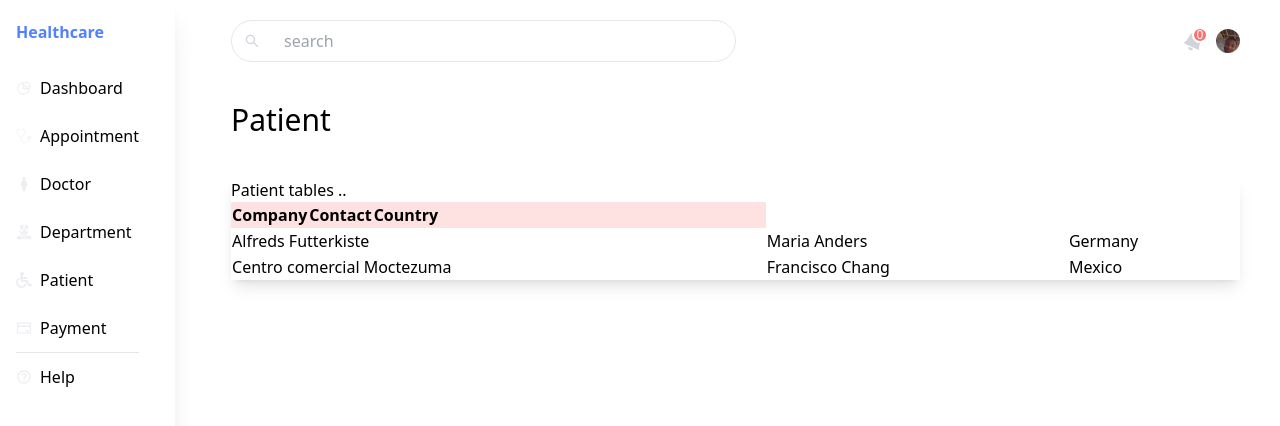
Repository: hisreal123/healthcare-dashboard
Page: /patient
An editor plug-in stored every save of this project. The page is shown before and after a run of saves, followed by the edit.
The browser window is 1280 px wide. The pictures show the whole page.
The project was rebuilt for these pictures with package versions that can differ from the ones it lists, and the page was loaded fresh each time. Also part of the build but not shown: vite.config.ts, src/routes/Error.tsx, src/views/Dashboard.tsx, components/tables/AppointementTable.tsx, src/views/Appointment.tsx, src/views/Doctor.tsx, src/views/Department.tsx, src/views/Payment.tsx and 1 more.

Above is the page before, as saved 2023-05-05 19:02:20.

### src/main.tsx
import React from 'react'
import ReactDOM from 'react-dom/client'
import App from './App.tsx'
import './index.css'


ReactDOM.createRoot(document.getElementById('root') as HTMLElement).render(
  <React.StrictMode>
    <App />
  </React.StrictMode>,
)

### src/App.tsx
import React from "react"
import {
  createBrowserRouter,
  RouterProvider,
} from "react-router-dom";
import Navigation from "../components/Navigation";
import Error from "./routes/Error";
import Dashboard from "./views/Dashboard";
import Appointment from "./views/Appointment";
import Doctor from "./views/Doctor";
import Department from "./views/Department";
import Patient from "./views/Patient";
import Payment from "./views/Payment";
import Help from "./views/Help";
import { Provider } from "react-redux";
import store from '../redux/store';

const router = createBrowserRouter([
  {
    path: "/",
    element: <Navigation />,
    errorElement: <Error />,

    children: [
      {
        path: "/dashboard",
        element: <Dashboard />,
      },
      {
        path: "/appointment",
        element: <Appointment />,
      },
      {
        path: "/doctor",
        element: <Doctor />,
      },
      {
        path: "/department",
        element: <Department />,
      },
      {
        path: "/patient",
        element: <Patient />,
      },
      {
        path: "/payment",
        element: <Payment />,
      },
      {
        path: "/help",
        element: <Help />,
      },
    ]

  }
]);



function App() {
  return (
    <Provider store={store}>
      <RouterProvider router={router} />
    </Provider>
  )
}

export default App

### components/Navigation.tsx
import { Outlet } from "react-router-dom";
import { list } from "../src/data/Links";

export default function Navigation() {

    return (
        <>
            <section className="flex space-x-4">
                <div id="sidebar" className="  h-screen shadow-xl group">
                    <div className="px-4 ">

                        {/* logo */}
                        <div >
                            <h1 className="py-5 text-[#5282FB] font-bold">Healthcare</h1>
                        </div>

                        {/* nav */}
                        <nav className="relative pr-5 ">
                            <ul className="relative">
                                {list.map((list, index) => {
                                    return (
                                        <li key={index} className="flex space-x-2 items-center py-3 last:border-t ">
                                            <span className="text-gray-200/70 text-md ">{list.icon}</span>
                                            <a href={`./${list.link}`} className="focus:text-[#5282FB] ">{list.name}</a>
                                        </li>
                                    )
                                })}
                            </ul>
                        </nav>
                    </div>
                </div>
                <div id="detail" className="relative w-full"><Outlet /></div>
            </section>
        </>
    );
}

### src/views/Patient.tsx
import React from 'react'
import ProfileHeader from '../../components/holders/ProfileHeader'
import PatientTable from '../../components/tables/PatientsTable'


export default function Patient() {
    return (
        <>
            <section
                className=" px-10 pt-5 w-full relative">
                <ProfileHeader />

                <main className="div mt-10">
                    <h1 className='lg:text-3xl'> Patient</h1>
                    <PatientTable />
                </main>
            </section>
        </>
    )
}

### redux/store.js
import { configureStore } from "@reduxjs/toolkit";
import AppointmentReducer from "./slices/Appointment";
import patientsReducer from "./slices/Patient";



const store = configureStore({
    reducer : {
        appointments:  AppointmentReducer,
        patients:  patientsReducer,
    }
})


export default store

### src/data/Links.tsx
import { Home, BarChart2 } from 'react-feather';
import { GiStethoscope, GiPerson, GiNurseMale } from 'react-icons/gi'
import { FaWheelchair } from 'react-icons/fa'
import { AiOutlineCreditCard, AiOutlinePieChart } from 'react-icons/ai'
import { BiHelpCircle } from 'react-icons/bi'


type Class  = {
    id: number,
    icon: any,
    name:  string,
    link: string
}


export const list: Class[]= [
    {
        id: 1,
        icon: <AiOutlinePieChart />,
        name: 'Dashboard',
        link: './dashboard',
    },
    {
        id: 2,
        icon: <GiStethoscope />,
        name: 'Appointment',
        link: './Appointment',
    },
    {
        id: 3,
        icon: <GiPerson />,
        name: 'Doctor',
        link: './doctor',
    },
    {
        id: 4,
        icon: <GiNurseMale />,
        name: 'Department',
        link: './department',
    },
    {
        id: 5,
        icon: <FaWheelchair />,
        name: 'Patient',
        link: './patient',
    },
    {
        id: 6,
        icon: <AiOutlineCreditCard />,
        name: 'Payment',
        link: './payment',
    },
    {
        id: 7,
        icon: <BiHelpCircle />,
        name: 'Help',
        link: './help',
    },
]

### components/holders/ProfileHeader.tsx
import React from 'react'
import SearchBar from '../Misc/SearchBar'
import { BsFillBellFill } from 'react-icons/bs'



type ImageWrapperProp = {
    ImageWrapperStyle?: string
}
export const ImageWrapper = ({ ImageWrapperStyle }: ImageWrapperProp) => {
    return (
        <>
            <div className={` ${ImageWrapperStyle} cursor-pointer h-6 w-6 overflow-hidden rounded-full bg-black hover:h-6 hover:w-6`}>
                <img src='./profile.jpg' alt="" className='object-center ' />
            </div>
        </>
    )
}


export default function ProfileHeader() {

    const count = 0
    return (
        <>
            <section className='flex items-center justify-between relative w-full'>

                <SearchBar />

                <div className="right flex  items-center space-x-3">

                    <span className='relative group'>
                        <BsFillBellFill className=" cursor-pointer text-xl text-gray-300 rotate-[25deg] group-hover:text-gray-400" />
                        <span className=" cursor-pointer absolute -top-1 -right-1 text-xs text-white border-2 border-white  bg-red-400  group-hover:bg-red-600 rounded-full h-4 w-4  flex items-center  justify-center">
                            {count}
                        </span>
                    </span>


                    <ImageWrapper ImageWrapperStyle='' />
                </div>
            </section>
        </>
    )
}

### components/tables/PatientsTable.tsx
import React, { Fragment } from 'react'
import { useSelector } from 'react-redux'
import { selectAllPatient } from '../../redux/slices/Patient'
import { ImageWrapper } from '../holders/ProfileHeader'


type PatientTableProps = {
    patientStyle?: string
}


export default function PatientTable({ patientStyle }: PatientTableProps) {

    const patients: any = useSelector(selectAllPatient);
    console.log(patients)


    const PatientList = patients.map((patient: any, index: number) => {
        return (
            <>
                <tr key={index}>
                    <td className='flex item-center space-x-2'>
                        <ImageWrapper />
                        <span>
                            {patient.name}
                        </span>
                    </td>
                    <td>{patient.email}</td>
                    <td>{patient.age}</td>
                    <td>{patient.gender}</td>
                </tr>
            </>
        )
    })



    const PTable = () => {
        return (
            <>
                <table className="relative w-full ">
                    <tr className='w-full bg-red-100 flex relative '>
                        <th>Company</th>
                        <th>Contact</th>
                        <th>Country</th>
                    </tr>
                    <tr>
                        <td>Alfreds Futterkiste</td>
                        <td>Maria Anders</td>
                        <td>Germany</td>
                    </tr>
                    <tr>
                        <td>Centro comercial Moctezuma</td>
                        <td>Francisco Chang</td>
                        <td>Mexico</td>
                    </tr>
                </table>
            </>
        )
    }


    return (
        <>
            <section className={`${patientStyle} mt-10 bg-white shadow-lg relative`}>
                <h1> Patient tables ..</h1>
                <PTable />
            </section>
        </>
    )
}

### redux/slices/Appointment.js
import { createSlice } from "@reduxjs/toolkit";
import { sub } from "date-fns";

// const GENDER =  'M' || 'F',

// const userType = {
//     id: String,
//     name: String,
//     gender: String,
//     age: Number,
//     email:String
// }


const initialState = [

]



const appointmentsSlice = createSlice({
    name: 'appointments',
    initialState,
    reducers : {
        createAppointment (state, action ){
            state.push(action.payload)
        }
    }
})


export const createAppointment = appointmentsSlice.actions
export default appointmentsSlice.reducer

### redux/slices/Patient.js
import { createSlice } from "@reduxjs/toolkit";

const initialState = [
    {
        id:'1',
        image: '../profile.jpg',
        name: 'Lexis Alexandra',
        gender: 'M',
        age: 34,
        email: 'alex@gmail.com'
    },
    {
        id:'2',
        image: '../profile.jpg',
        name: 'Ronald Richard',
        gender: 'F',
        age: 40,
        email: 'Ronald@outlook.com'
    },
];

const patientsSlice = createSlice({
    name: 'patients',
    initialState,
    reducers: {
        addPatient(state, action) {
            state.push(action.payload);
        },
    },
});

export const selectAllPatient = (state) => state.patients;
export const { addPatient } = patientsSlice.actions;
export default patientsSlice.reducer;

### components/Misc/SearchBar.tsx
import React from 'react'
import { AiOutlineSearch } from 'react-icons/ai'

type SearchProps = {
    SearchStyle?: string
}

export default function SearchBar({ SearchStyle }: SearchProps) {
    const [name, setName] = React.useState('');



    const handleSearchClicked = (e: any) => {
        setName(e.target.value)
        console.log(name)
    }

    const handleFormSearch = (e: any) => {
        e.preventDefault()
        console.log(name)

        setName('')
    }
    return (
        <>
            <div className="search flex rounded-3xl overflow-hidden border items-center  w-1/2 ">
                <form className='flex items-center' onSubmit={handleFormSearch}>
                    <span className='px-3 relative'>
                        <AiOutlineSearch className="text-gray-300" onClick={handleSearchClicked} />
                    </span>
                    <input
                        type="text"
                        placeholder='search'
                        className={`${SearchStyle}  outline-none w-full py-2 pl-3 `}
                        aria-expanded
                        value={name}
                        onChange={handleSearchClicked}
                    />
                </form>
            </div>
        </>
    )
}

### tailwind.config.js
/** @type {import('tailwindcss').Config} */
export default {
   content: [
    "./index.html",
    "./src/**/*.{js,ts,jsx,tsx}",
    "./components/**/*.{js,ts,jsx,tsx}",
  ],
  theme: {
    extend: {},
  },
  plugins: [],
}

Loaded but not shown: index.html (common file); src/index.css (common file)

After the next 2 saves:
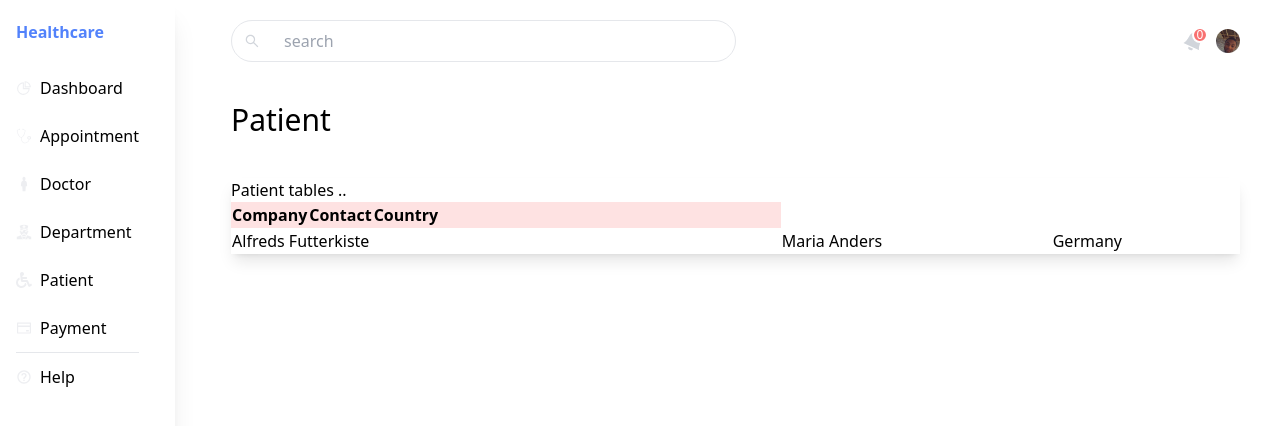
The 2 saves are shown as one change because they came seconds apart.
The last was saved 15 s later.
--- a/components/tables/PatientsTable.tsx
+++ b/components/tables/PatientsTable.tsx
@@ -49,11 +49,7 @@ export default function PatientTable({ patientStyle }: PatientTableProps) {
                         <td>Maria Anders</td>
                         <td>Germany</td>
                     </tr>
-                    <tr>
-                        <td>Centro comercial Moctezuma</td>
-                        <td>Francisco Chang</td>
-                        <td>Mexico</td>
-                    </tr>
+
                 </table>
             </>
         )
